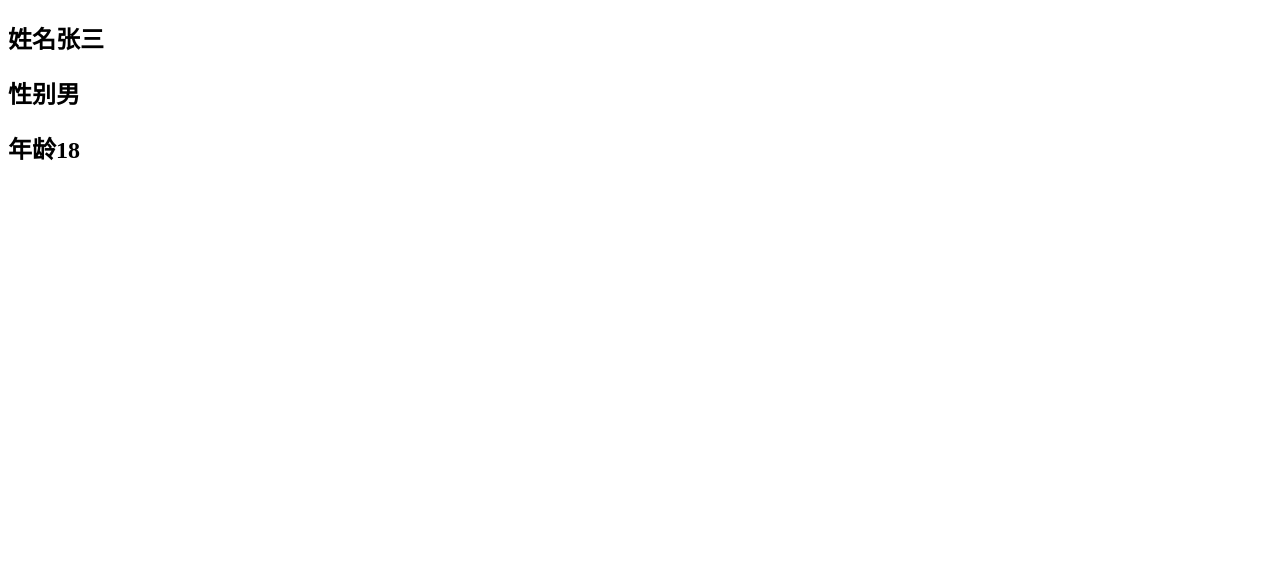
Repository: 319226862/wyy
Page: / (app in vue_test/)
The author's editor kept a copy of each file at every save. The page is drawn from the files as they stood at one save, then again after the next save.
The browser window is 1280 px wide. The pictures show the whole page.
The project was rebuilt for these pictures with package versions that can differ from the ones it lists, and the page was loaded fresh each time. Also part of the build but not shown: vue_test/vue.config.js.

Above is the page before, as saved 2023-06-19 15:00:01.

After the next save:
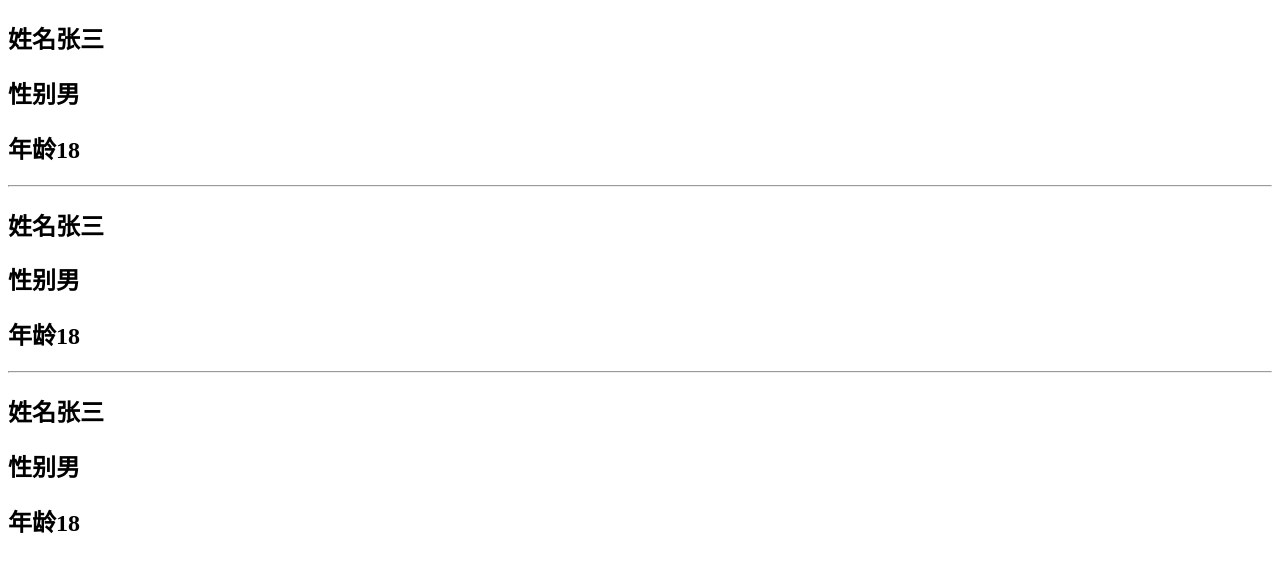
Saved 91 s later.
--- a/vue_test/src/App.vue
+++ b/vue_test/src/App.vue
@@ -1,5 +1,9 @@
 <template>
   <div>
+    <School/>
+    <hr>
+    <School/>
+    <hr>
     <School/>
   </div>
 </template>

After the save that followed:
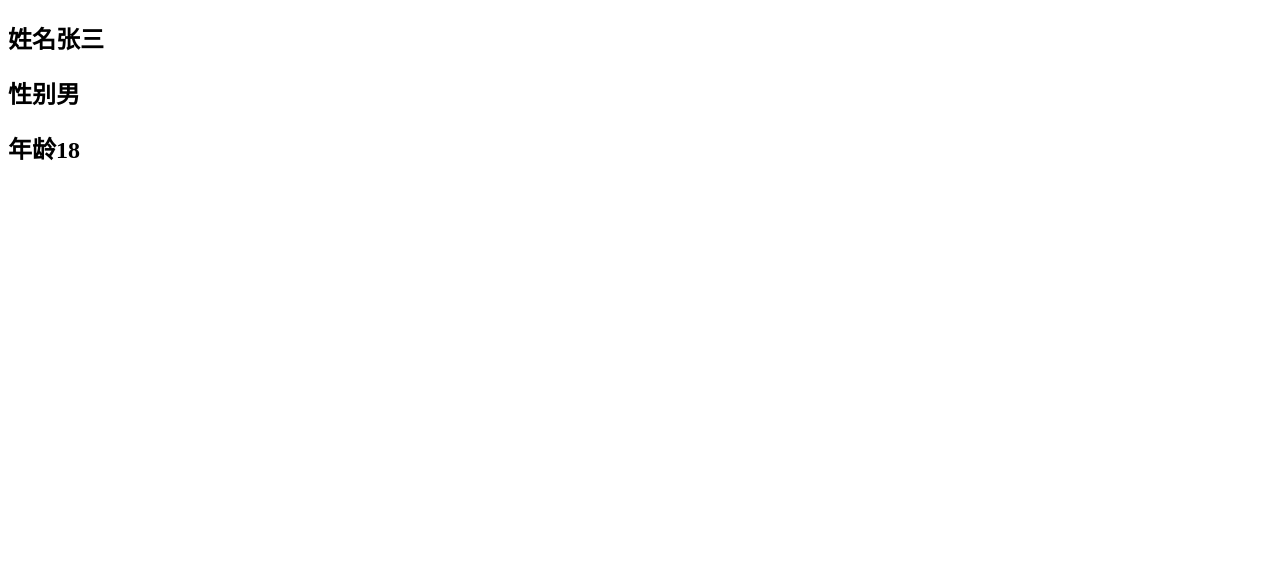
Saved 61 s later.
--- a/vue_test/src/App.vue
+++ b/vue_test/src/App.vue
@@ -1,9 +1,5 @@
 <template>
   <div>
-    <School/>
-    <hr>
-    <School/>
-    <hr>
     <School/>
   </div>
 </template>
